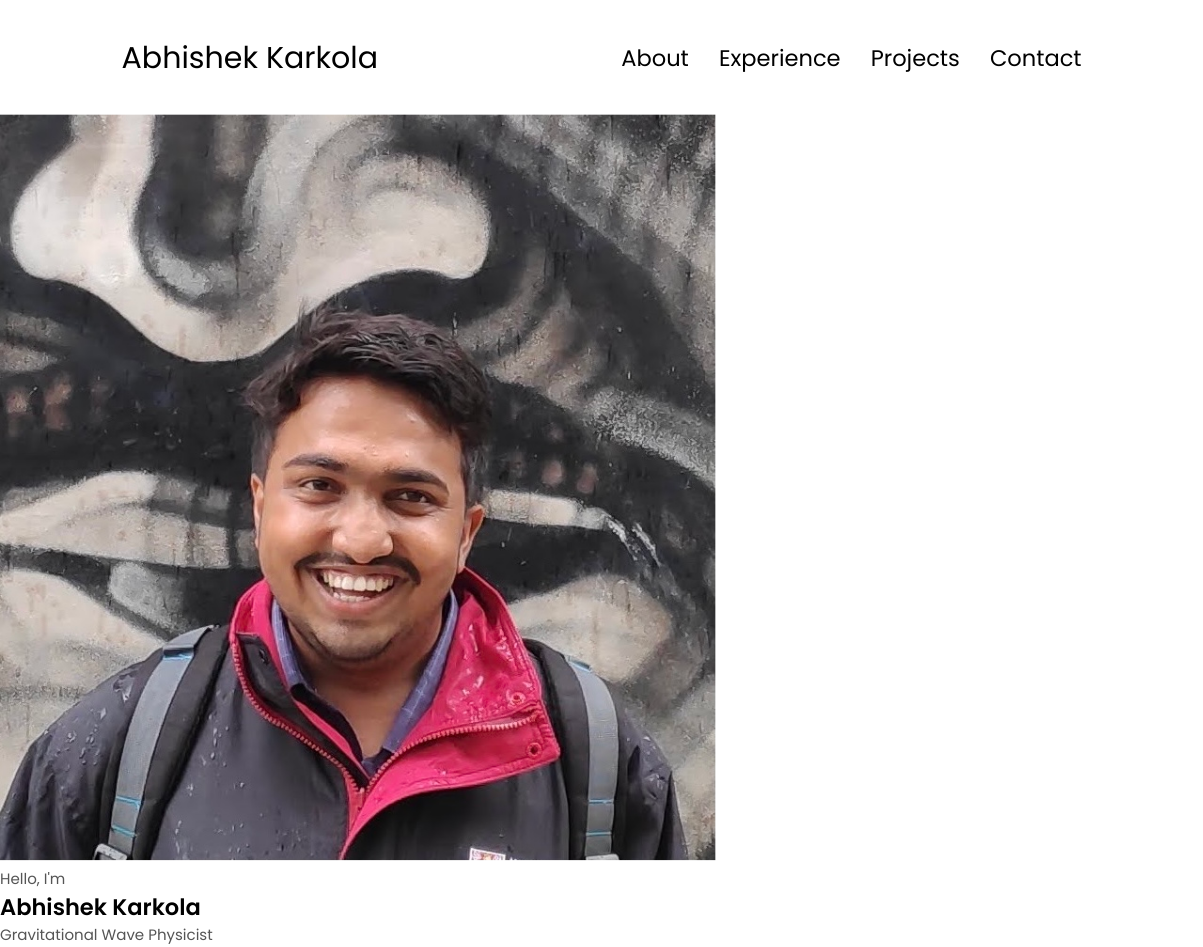
Repository: APersonalVoyage/APersonalVoyage.github.io
Page: index.html
The author's editor kept a copy of each file at every save. The page is drawn from the files as they stood at one save, then again after the next save.
The browser window is 1280 px wide. The pictures show the whole page, at 94% of full size.

Above is the page before, as saved 2023-08-23 18:24:39.

### index.html
<!DOCTYPE html>
<html lang="en">
  <head>
    <meta charset="UTF-8" />
    <meta http-equiv="X-UA-Compatible" content="IE=edge" />
    <meta name="viewport" content="width=device-width, initial-scale=1.0" />
    <title>My Portfolio</title>
    <link rel="stylesheet" href="style.css" />
    <link rel="stylesheet" href="mediaqueries.css" />
  </head>
  <body>
    <nav id="desktop-nav">
      <div class="logo">Abhishek Karkola</div>
      <div>
        <ul class="nav-links">
          <li><a href="#about">About</a></li>
          <li><a href="#experience">Experience</a></li>
          <li><a href="#projects">Projects</a></li>
          <li><a href="#contact">Contact</a></li>
        </ul>
      </div>
    </nav>
    <nav id="hamburger-nav">
      <div class="logo">Abhishek Karkola</div>
      <div class="hamburger-menu">
        <div class="hamburger-icon" onclick="toggleMenu()">
          <span></span>
          <span></span>
          <span></span>
        </div>
        <div class="menu-links">
          <li><a href="#about" onclick="toggleMenu()">About</a></li>
          <li><a href="#experience" onclick="toggleMenu()">Experience</a></li>
          <li><a href="#projects" onclick="toggleMenu()">Projects</a></li>
          <li><a href="#contact" onclick="toggleMenu()">Contact</a></li>
        </div>
      </div>
    </nav>
    <section id = "profile">
        <div class="section__pic-container">
            <img src="./assets/Photo.jpeg" alt="profile" class="section__pic">
        </div>
        <div class= "section_text">
            <p class="section__text__p1">Hello, I'm</p>
        <h1 class="title">Abhishek Karkola</h1>
        <p class="section__text__p2">Gravitational Wave Physicist</p>

        </div>
    </section>

    <script src="script.js"></script>
  </body>
</html>

### style.css
/* GENERAL */

@import url("https://fonts.googleapis.com/css2?family=Poppins:wght@300;400;500;600&display=swap");

* {
  margin: 0;
  padding: 0;
}

body {
  font-family: "Poppins", sans-serif;
}

html {
  scroll-behavior: smooth;
}

p {
  color: rgb(85, 85, 85);
}

/* TRANSITION */

a,
.btn {
  transition: all 300ms ease;
}

/* DESKTOP NAV */

nav,
.nav-links {
  display: flex;
}

nav {
  justify-content: space-around;
  align-items: center;
  height: 17vh;
}

.nav-links {
  gap: 2rem;
  list-style: none;
  font-size: 1.5rem;
}

a {
  color: black;
  text-decoration: none;
  text-decoration-color: white;
}

a:hover {
  color: grey;
  text-decoration: underline;
  text-underline-offset: 1rem;
  text-decoration-color: rgb(181, 181, 181);
}

.logo {
  font-size: 2rem;
}

.logo:hover {
  cursor: default;
}

/* HAMBURGER MENU */

#hamburger-nav {
  display: none;
}

.hamburger-menu {
  position: relative;
  display: inline-block;
}

.hamburger-icon {
  display: flex;
  flex-direction: column;
  justify-content: space-between;
  height: 24px;
  width: 30px;
  cursor: pointer;
}

.hamburger-icon span {
  width: 100%;
  height: 2px;
  background-color: black;
  transition: all 0.3 ease-in-out;
}

.menu-links {
  position: absolute;
  top: 100%;
  right: 0;
  background-color: white;
  width: fit-content;
  max-height: 0;
  overflow: hidden;
  transition: all 0.3 ease-in-out;
}

.menu-links a {
  display: block;
  padding: 10px;
  text-align: center;
  font-size: 1.5rem;
  color: black;
  text-decoration: none;
  transition: all 0.3 ease-in-out;
}

.menu-links li {
  list-style: none;
}

.menu-links.open {
  max-height: 300px;
}

.hamburger-icon.open span:first-child {
  transform: rotate(45deg) translate(10px, 5px);
}

.hamburger-icon.open span:nth-child(2) {
  opacity: 0;
}

.hamburger-icon.open span:last-child {
  transform: rotate(-45deg) translate(10px, -5px);
}

.hamburger-icon span:first-child {
  transform: none;
}

.hamburger-icon span:first-child {
  opacity: 1;
}

.hamburger-icon span:first-child {
  transform: none;
}

### mediaqueries.css


  @media screen and (max-width: 1200px) {
    #desktop-nav {
      display: none;
    }
    #hamburger-nav {
      display: flex;
    }
}

Loaded but not shown: script.js (common file)

After the next save:
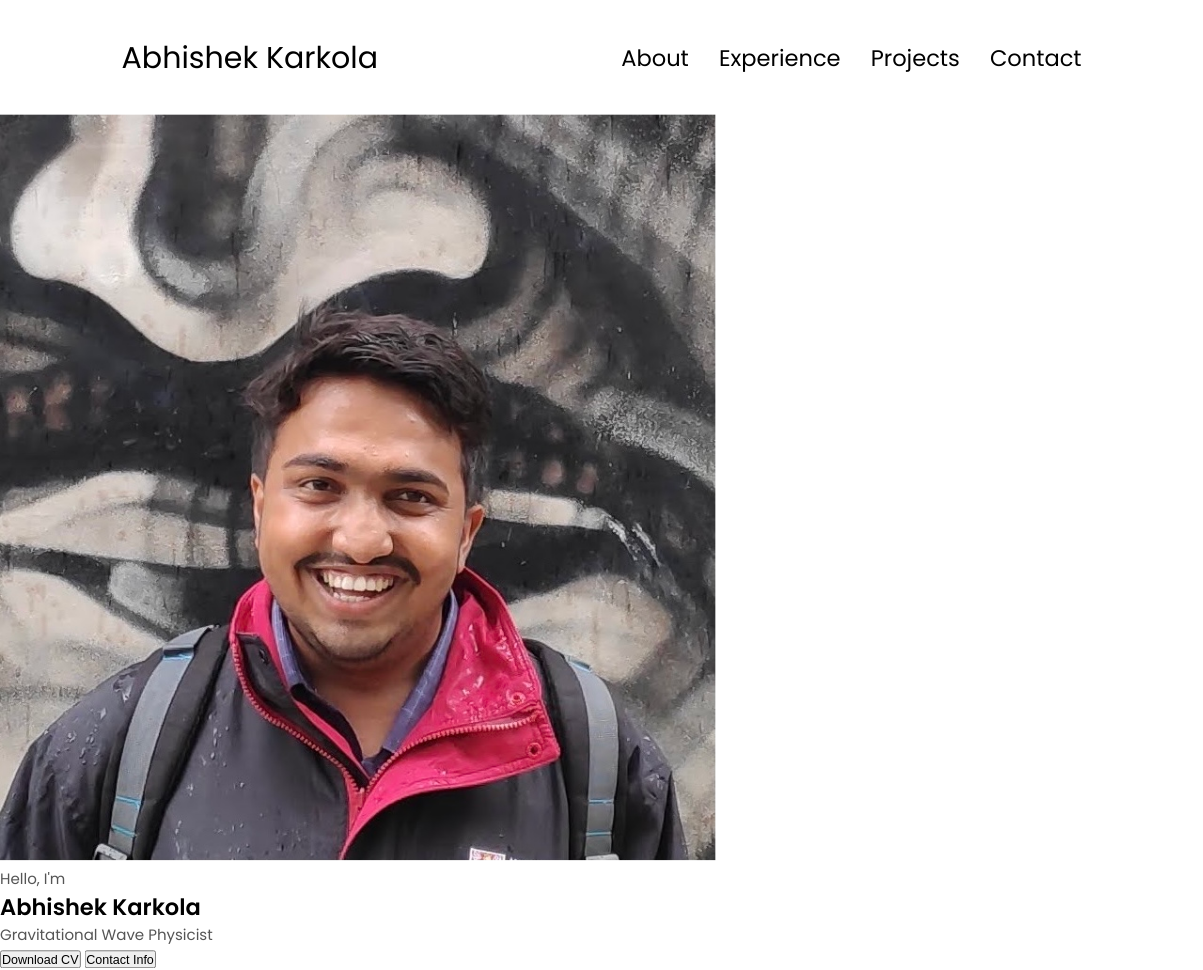
Saved 50 s later.
--- a/index.html
+++ b/index.html
@@ -44,6 +44,17 @@
             <p class="section__text__p1">Hello, I'm</p>
         <h1 class="title">Abhishek Karkola</h1>
         <p class="section__text__p2">Gravitational Wave Physicist</p>
+        <div class="btn-container">
+            <button
+              class="btn btn-color-2"
+              onclick="window.open('./assets/resume-example.pdf')"
+            >
+              Download CV
+            </button>
+            <button class="btn btn-color-1" onclick="location.href='./#contact'">
+              Contact Info
+            </button>
+          </div>
 
         </div>
     </section>
